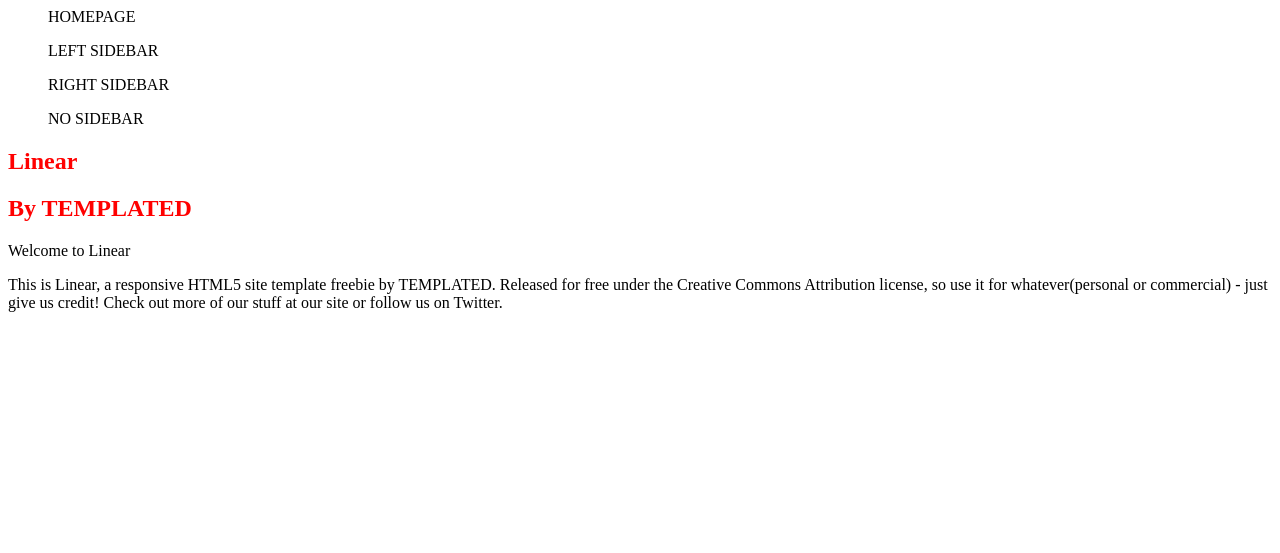
Repository: zhaojing/ThreeWeek
Page: week1.html
These files come from the project's save history. The page is drawn as it stood at one moment and after the next save; the edit follows.
The browser window is 1280 px wide. The pictures show the whole page.

Above is the page before, as saved 2018-04-24 17:54:38.

After the next save:
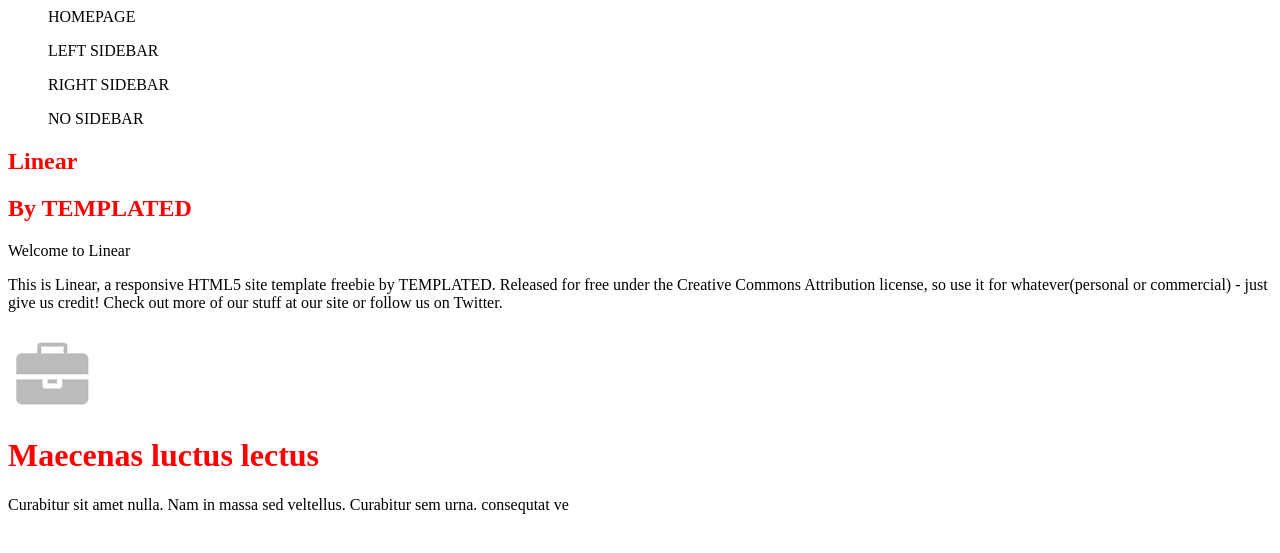
Saved 9 min 5 s later.
--- a/week1.html
+++ b/week1.html
@@ -23,5 +23,15 @@
      <P>Welcome to Linear</P>
      <P>This is Linear, a responsive HTML5 site template freebie by TEMPLATED. Released for free under the Creative Commons Attribution license, so use it for whatever(personal or commercial) - just give us credit! Check out more of our stuff at our site or follow us on Twitter.</P>
     </div>
+    <div>
+        <div>
+            <img src="images/icon1.png"/>
+            <h1>Maecenas luctus lectus</h1>
+            <P>Curabitur sit amet nulla. Nam in massa sed veltellus. Curabitur sem urna. consequtat ve</P>
+        </div>
+
+
+    </div>
+
 </body>
 </html>
